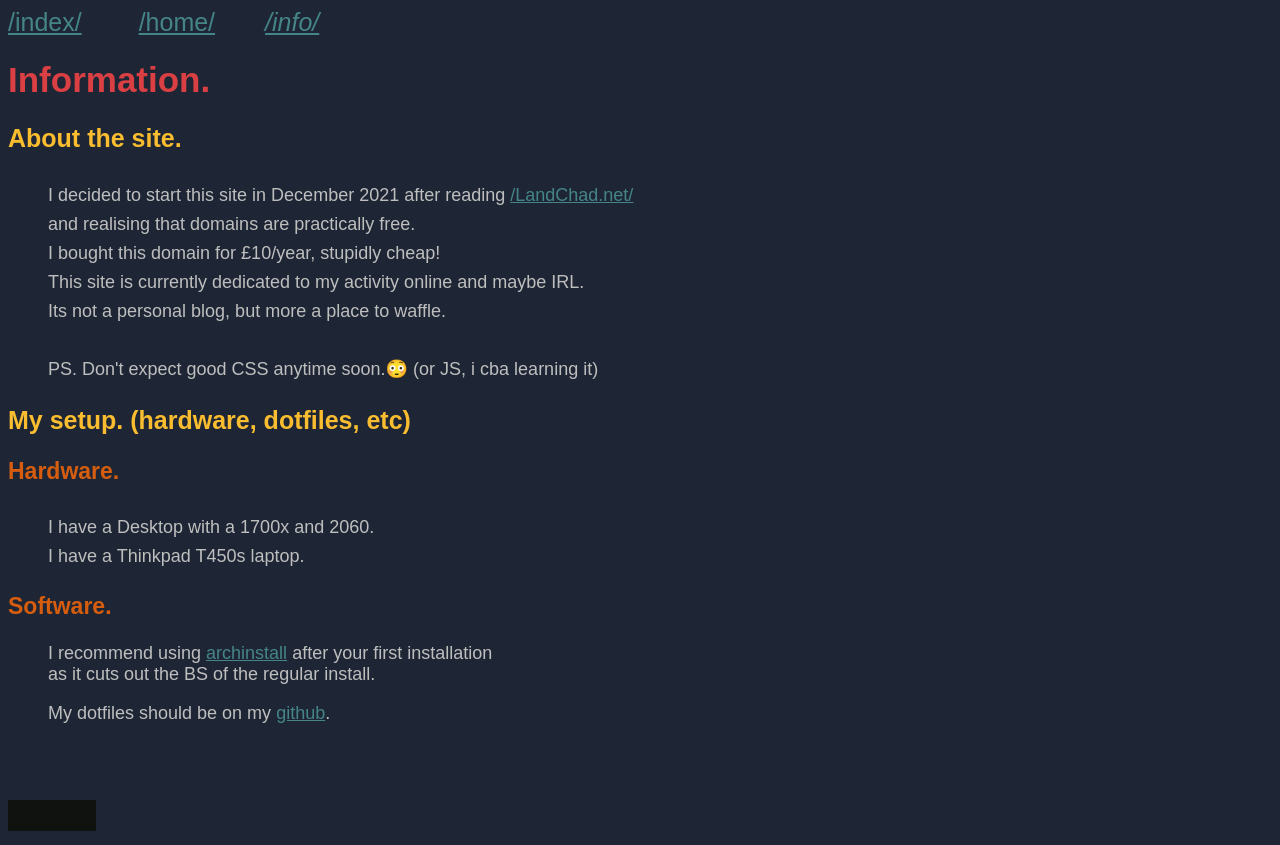
Repository: KieranCrossland/kierancrosslandxyz
Page: info.html
The author's editor kept a copy of each file at every save. The page is drawn from the files as they stood at one save, then again after the next save.
The browser window is 1280 px wide. The pictures show the whole page.

Above is the page before, as saved 2022-06-19 02:22:15.

After the next save:
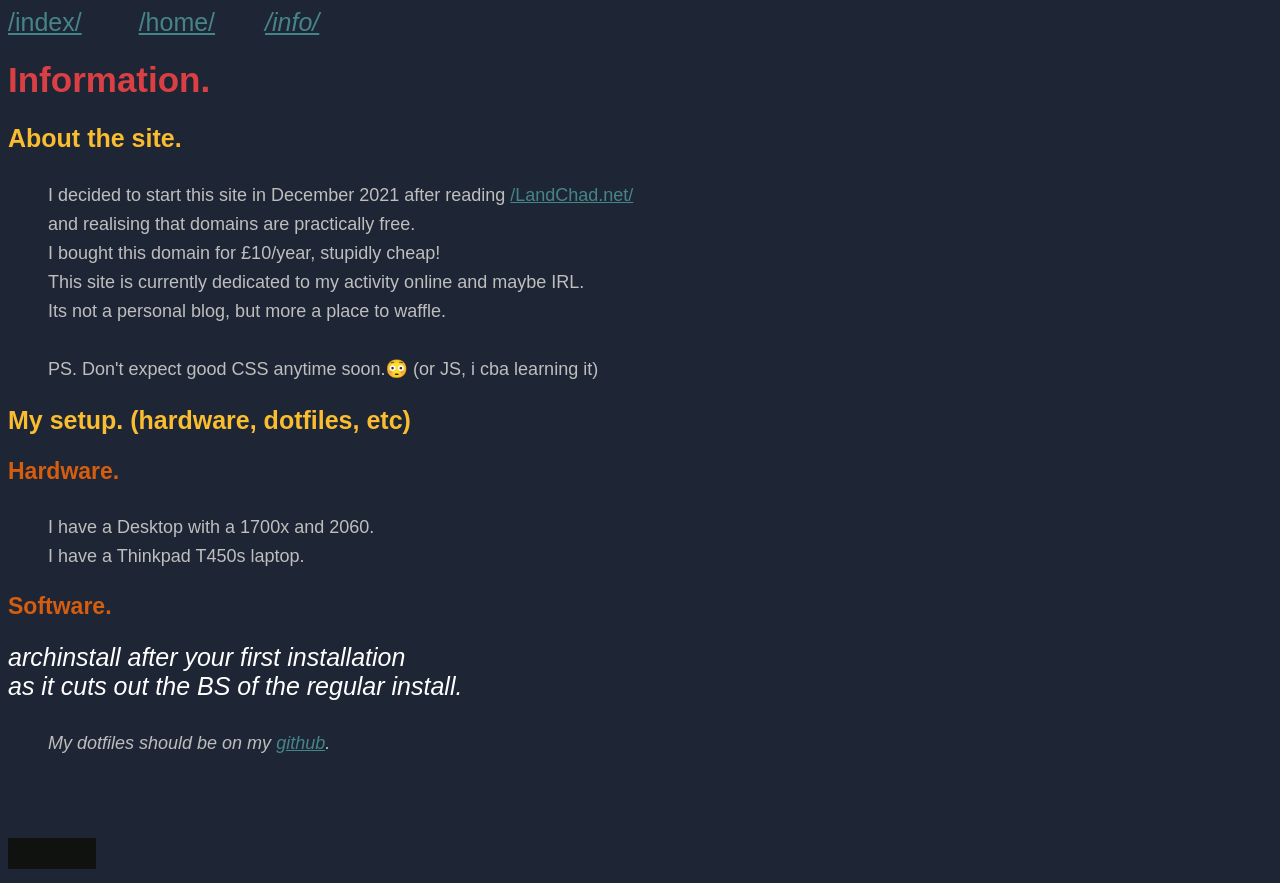
Saved 18 s later.
--- a/info.html
+++ b/info.html
@@ -85,7 +85,7 @@ h3 {
 <ul><p1>I have a Desktop with a 1700x and 2060.<br>I have a Thinkpad T450s laptop.</p1></ul>
 
 <h3>Software.</h3>
-<p1><ul>I recommend using <a href="https://wiki.archlinux.org/title/Archinstall" target="_blank">archinstall</a> after your first installation<br>as it cuts out the BS of the regular install. </p1></ul>
+<I recommend using <a href="https://wiki.archlinux.org/title/Archinstall" target="_blank">archinstall</a> after your first installation<br>as it cuts out the BS of the regular install. </p1></ul>
 <ul><p1>My dotfiles should be on my <a href="https://github.com/kierancrossland" target="_blank">github</a>.</p1></ul>
 <br><br><a href="https://landchad.net" target="_blank">
  <img src="img/landchad.gif" width="88px" height="31px" alt=""/>
